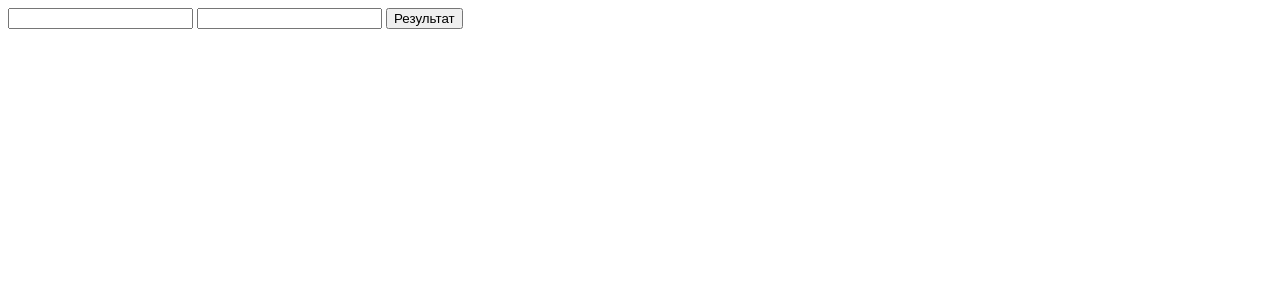
Repository: Burnmyheart/calculator
Page: index.html
The author's editor kept a copy of each file at every save. The page is drawn from the files as they stood at one save, then again after the next save.
The browser window is 1280 px wide. The pictures show the whole page.

Above is the page before, as saved 2025-04-28 19:09:50.
Not found: math.js

### index.html
<!DOCTYPE html>
<html lang="en">
  <head>
    <meta charset="UTF-8" />
    <meta name="viewport" content="width=device-width, initial-scale=1.0" />
    <title>Калькулятор</title>
  </head>
  <body>
    <input class="js-input-a" type="number" />
    <input class="js-input-b" type="number" />
    <button class="js-btn-result">Результат</button>
    <p class="js-output"></p>

    <script src="math.js"></script>
    <script src="calculator.js"></script>
  </body>
</html>

### calculator.js
const OPERATORS = {
  sum: "+",
  substrac: "-",
  multiply: "*",
  divide: "/",
};

function calculate({ a, b, operator }) {
  switch (operator) {
    case OPERATORS.sum:
      result = sum(a, b);
      break;

    case OPERATORS.substrac:
      break;

    case OPERATORS.multiply:
      result = multiply(a, b);
      break;

    case OPERATORS.divide:
      result = divide(a, b);
      break;

    default:
      break;
  }
}

After the next save:
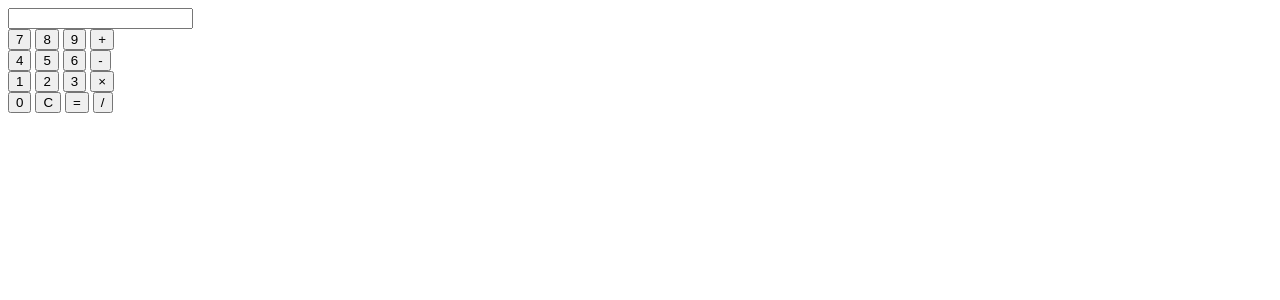
Saved 27 min 58 s later.
--- a/index.html
+++ b/index.html
@@ -6,12 +6,35 @@
     <title>Калькулятор</title>
   </head>
   <body>
-    <input class="js-input-a" type="number" />
-    <input class="js-input-b" type="number" />
-    <button class="js-btn-result">Результат</button>
-    <p class="js-output"></p>
+    <!-- Поле вывода -->
+    <input type="text" id="display" readonly />
 
-    <script src="math.js"></script>
+    <!-- Кнопки калькулятора -->
+    <div>
+      <button onclick="addNumber('7')">7</button>
+      <button onclick="addNumber('8')">8</button>
+      <button onclick="addNumber('9')">9</button>
+      <button onclick="addOperation('+')">+</button>
+    </div>
+    <div>
+      <button onclick="addNumber('4')">4</button>
+      <button onclick="addNumber('5')">5</button>
+      <button onclick="addNumber('6')">6</button>
+      <button onclick="addOperation('-')">-</button>
+    </div>
+    <div>
+      <button onclick="addNumber('1')">1</button>
+      <button onclick="addNumber('2')">2</button>
+      <button onclick="addNumber('3')">3</button>
+      <button onclick="addOperation('*')">×</button>
+    </div>
+    <div>
+      <button onclick="addNumber('0')">0</button>
+      <button onclick="clearDisplay()">C</button>
+      <button onclick="calculate()">=</button>
+      <button onclick="addOperation('/')">/</button>
+    </div>
+
     <script src="calculator.js"></script>
   </body>
 </html>
